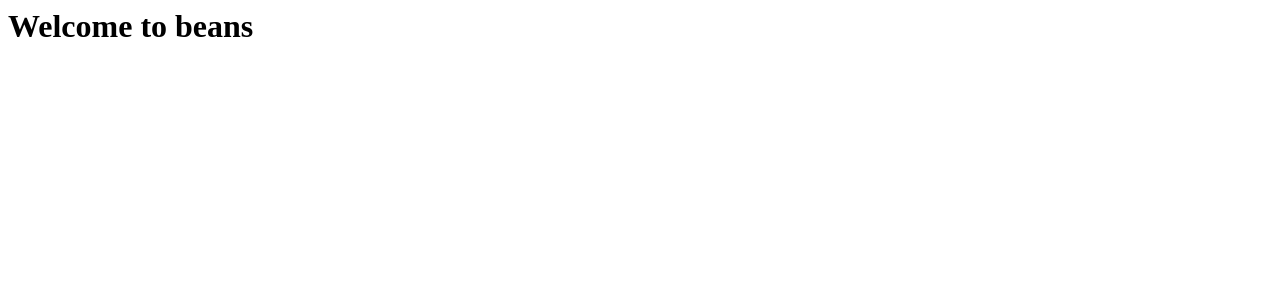
Repository: venugopalakrishnamylavarapu/Naresh-It-Full-Stack-java-Developer
Page: http://localhost/JSP/bean.jsp
The author's editor kept a copy of each file at every save. The page is drawn from the files as they stood at one save, then again after the next save.
The browser window is 1280 px wide. The pictures show the whole page.
The page is served by Tomcat 9.

Above is the page before, as saved 2023-03-16 12:48:22.

After the next save:
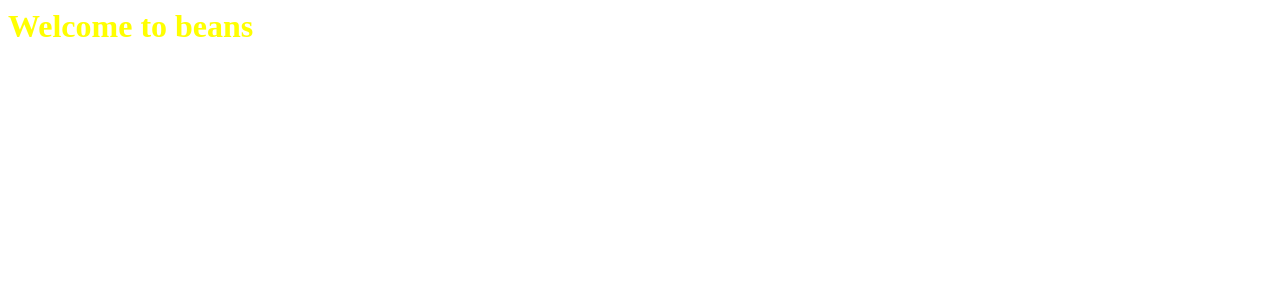
Saved 10 s later.
--- a/Advanced Java/Coding/JSP/src/main/webapp/bean.jsp
+++ b/Advanced Java/Coding/JSP/src/main/webapp/bean.jsp
@@ -1,5 +1,5 @@
 <html>
-<body>
+<body bgcoloe=red text=yellow>
 <h1>
 <jsp:useBean id="mb" class="bean.MessageBean"/>
 <jsp:setProperty name="mb" property="message" value="Welcome to beans"/>
